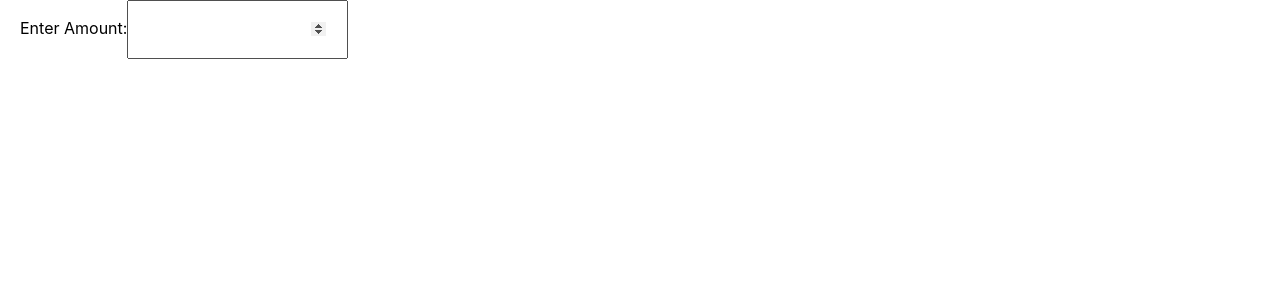
Repository: catsarenotreal/ExpenseTracker
Page: /
The author's editor kept a copy of each file at every save. The page is drawn from the files as they stood at one save, then again after the next save.
The browser window is 1280 px wide. The pictures show the whole page.
The project was rebuilt for these pictures with package versions that can differ from the ones it lists, and the page was loaded fresh each time. Also part of the build but not shown: src/MainApp.css.

Above is the page before, as saved 2024-08-27 13:15:02.

### src/index.tsx
import React from 'react';
import ReactDOM from 'react-dom/client';
import './index.css';
import MainApp from './MainApp';
import reportWebVitals from './reportWebVitals';

const root = ReactDOM.createRoot(
  document.getElementById('root') as HTMLElement
);
root.render(
  <React.StrictMode>
    <MainApp />
  </React.StrictMode>
);

// If you want to start measuring performance in your app, pass a function
// to log results (for example: reportWebVitals(console.log))
// or send to an analytics endpoint. Learn more: https://bit.ly/CRA-vitals
reportWebVitals();

### src/MainApp.tsx
import React from 'react';
import logo from './logo.svg';
import './MainApp.css';
import Input from './Input';

function MainApp() {
  return (
    <div className="Main">
      <Input></Input>
      {/* <header className="App-header">
        <img src={logo} className="App-logo" alt="logo" />
        <p>
          Edit <code>src/App.tsx</code> and save to reload.
        </p>
        <a
          className="App-link"
          href="https://reactjs.org"
          target="_blank"
          rel="noopener noreferrer"
        >
          Learn React
        </a>
      </header> */}
    </div>
  );
}

export default MainApp;

### src/Input.tsx
import React from 'react';
import './Input.css'

function Input(){
    return (
        <form>
            <label className = "Amount"> Enter Amount:
                <input className = "InputTextBox" type="number" />

            </label>
        </form>
    )
}

export default Input;

### src/Input.css
.InputTextBox{
    padding: 20px;
}

.Amount{
    padding:20px;
}

Loaded but not shown: public/index.html (common file); src/index.css (common file); src/reportWebVitals.ts (common file)

After the next save:
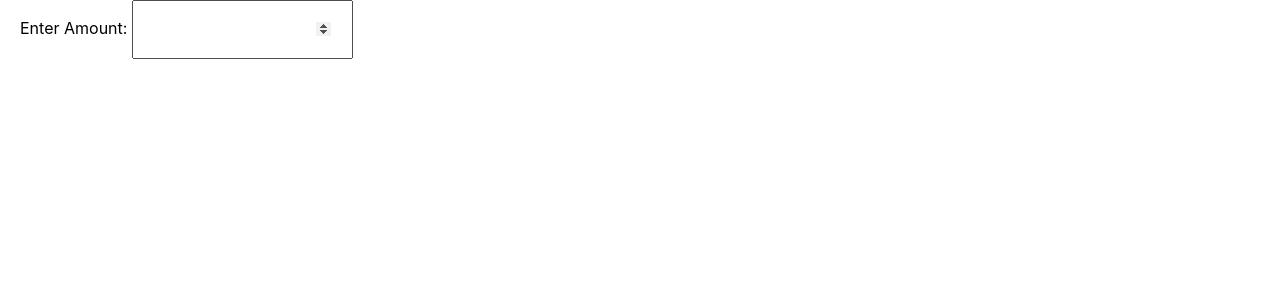
Saved 113 s later.
--- a/src/Input.tsx
+++ b/src/Input.tsx
@@ -4,7 +4,7 @@
 function Input(){
     return (
         <form>
-            <label className = "Amount"> Enter Amount:
+            <label className = "Amount"> Enter Amount: <></>
                 <input className = "InputTextBox" type="number" />
 
             </label>

After the save that followed:
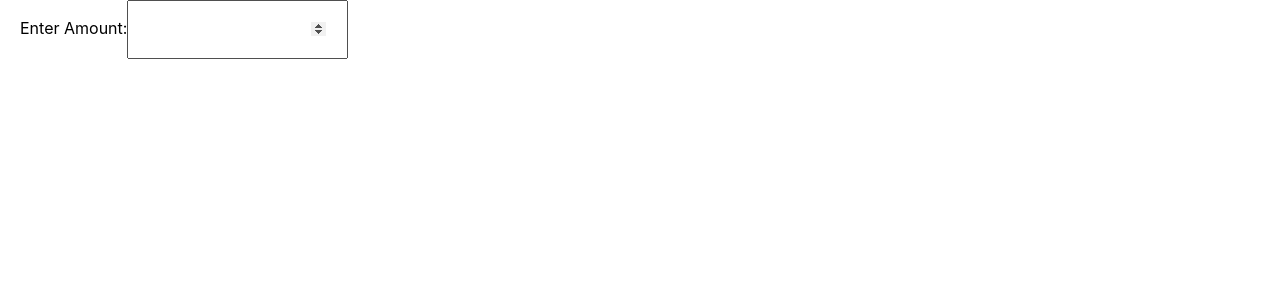
Saved 2 min 50 s later.
--- a/src/Input.tsx
+++ b/src/Input.tsx
@@ -4,7 +4,7 @@
 function Input(){
     return (
         <form>
-            <label className = "Amount"> Enter Amount: <></>
+            <label className = "Amount"> Enter Amount:
                 <input className = "InputTextBox" type="number" />
 
             </label>
--- a/src/Input.css
+++ b/src/Input.css
@@ -1,7 +1,9 @@
 .InputTextBox{
     padding: 20px;
+    text-align: center;
 }
 
 .Amount{
     padding:20px;
+    text-align: center;
 }
